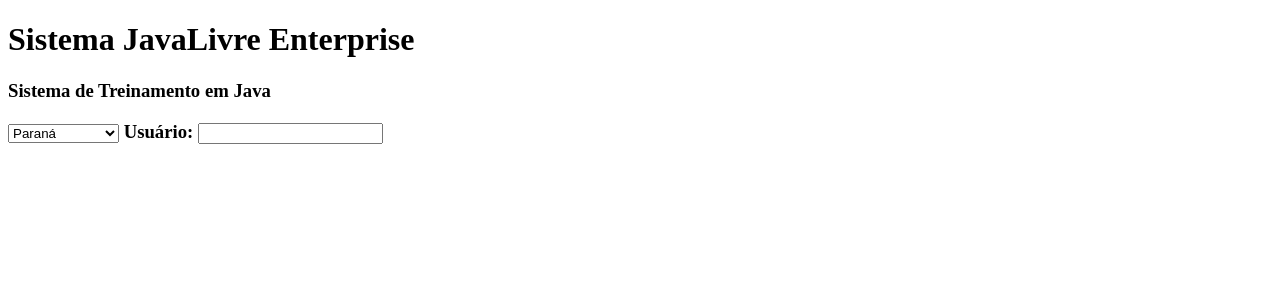
Repository: marciojv/treina-java
Page: workspace/JavaLivre/src/html/login.html
An editor plug-in stored every save of this project. The page is shown before and after the next save, followed by the edit.
The browser window is 1280 px wide. The pictures show the whole page.

Above is the page before, as saved 2017-06-10 12:56:22.

After the next save:
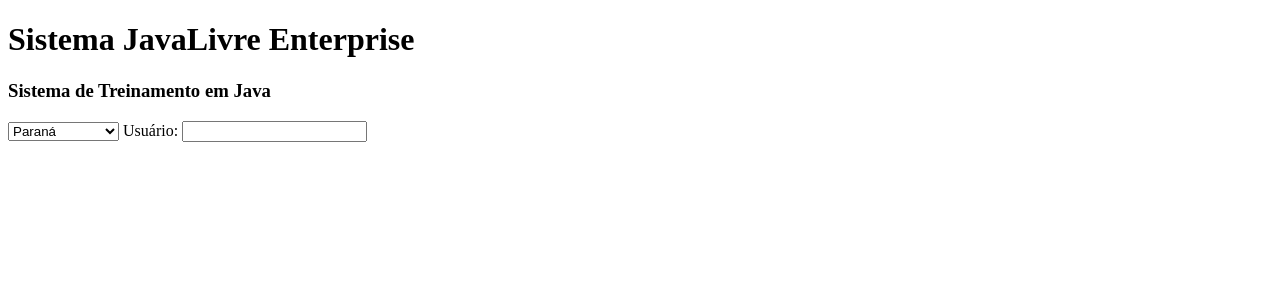
Saved 2 min 17 s later.
--- a/workspace/JavaLivre/src/html/login.html
+++ b/workspace/JavaLivre/src/html/login.html
@@ -6,7 +6,7 @@
 </head>
 <body>
 <h1>Sistema JavaLivre Enterprise</h1>
-<h3>Sistema de Treinamento em Java<h3>
+<h3>Sistema de Treinamento em Java</h3>
 
 <select>
   <option value="PR">Paraná</option>
